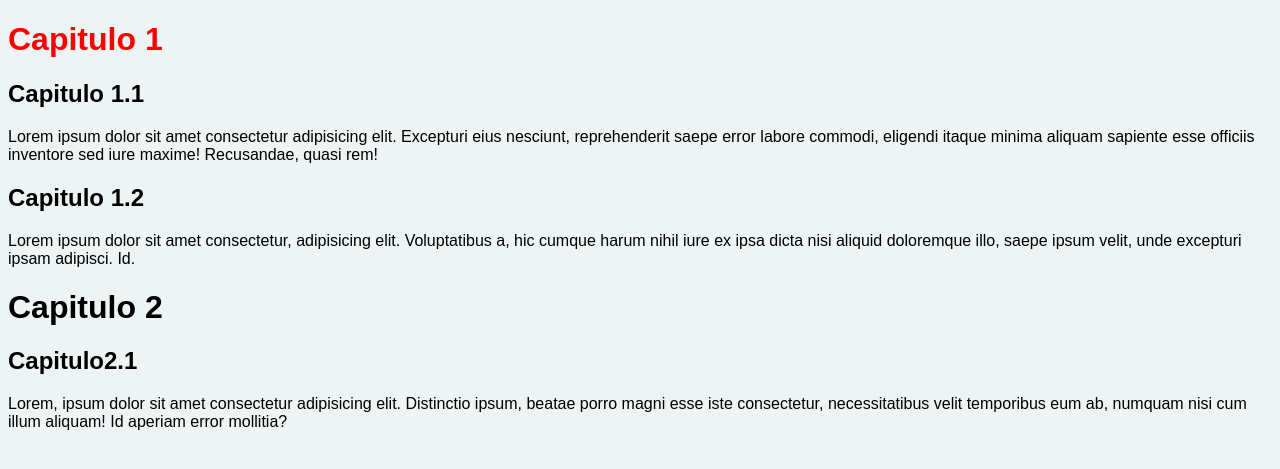
Repository: Guillermomarcon/exercicios
Page: ex013.1/index.html
An editor plug-in stored every save of this project. The page is shown before and after the next save, followed by the edit.
The browser window is 1280 px wide. The pictures show the whole page.

Above is the page before, as saved 2020-12-31 15:32:18.

### ex013.1/index.html
<!DOCTYPE html>
<html lang="pt-br">
<head>
    <meta charset="UTF-8">
    <meta name="viewport" content="width=device-width, initial-scale=1.0">
    <title>Estilos in-line</title>
    <link rel="shortcut icon" href="imagens/favicon-16x16.png" type="image/x-icon">
</head>
<body style="background-color: rgb(238, 243, 243); font-family: Arial, Helvetica, sans-serif;">
    <h1 style="color: red;">Capitulo 1</h1>
    <h2>Capitulo 1.1</h2>
    <p st>
        Lorem ipsum dolor sit amet consectetur adipisicing elit. Excepturi eius nesciunt, reprehenderit saepe error labore commodi, eligendi itaque minima aliquam sapiente esse officiis inventore sed iure maxime! Recusandae, quasi rem!
    </p>
    <h2>Capitulo 1.2</h2>
    <p>
        Lorem ipsum dolor sit amet consectetur, adipisicing elit. Voluptatibus a, hic cumque harum nihil iure ex ipsa dicta nisi aliquid doloremque illo, saepe ipsum velit, unde excepturi ipsam adipisci. Id.
    </p>
    <h1>Capitulo 2</h1>
    <h2>Capitulo2.1</h2>
    <p>
        Lorem, ipsum dolor sit amet consectetur adipisicing elit. Distinctio ipsum, beatae porro magni esse iste consectetur, necessitatibus velit temporibus eum ab, numquam nisi cum illum aliquam! Id aperiam error mollitia?
    </p>




</body>
</html>

After the next save:
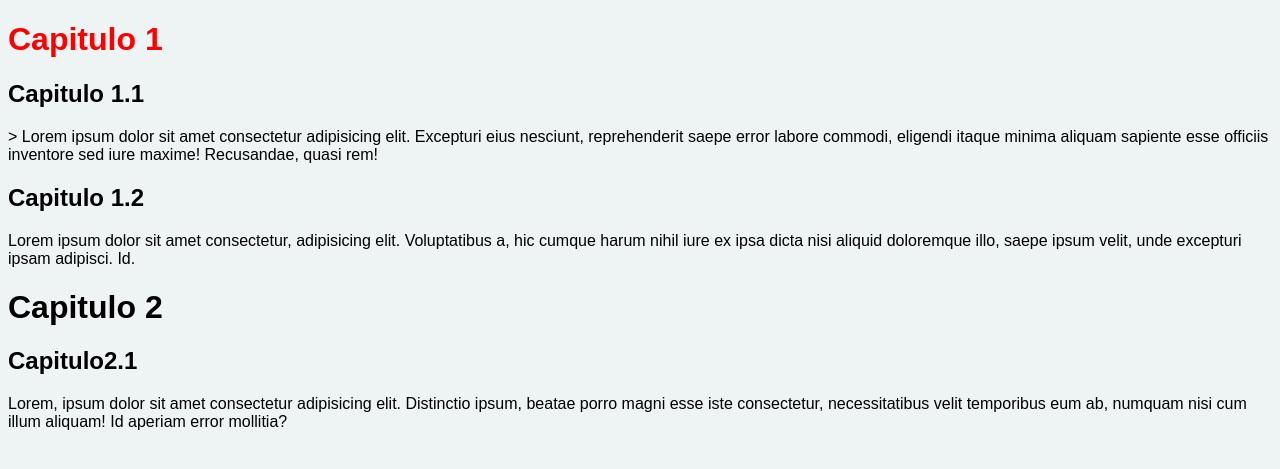
Saved 1 s later.
--- a/ex013.1/index.html
+++ b/ex013.1/index.html
@@ -9,7 +9,9 @@
 <body style="background-color: rgb(238, 243, 243); font-family: Arial, Helvetica, sans-serif;">
     <h1 style="color: red;">Capitulo 1</h1>
     <h2>Capitulo 1.1</h2>
-    <p st>
+    <p <style>
+
+    </style>>
         Lorem ipsum dolor sit amet consectetur adipisicing elit. Excepturi eius nesciunt, reprehenderit saepe error labore commodi, eligendi itaque minima aliquam sapiente esse officiis inventore sed iure maxime! Recusandae, quasi rem!
     </p>
     <h2>Capitulo 1.2</h2>

After the save that followed:
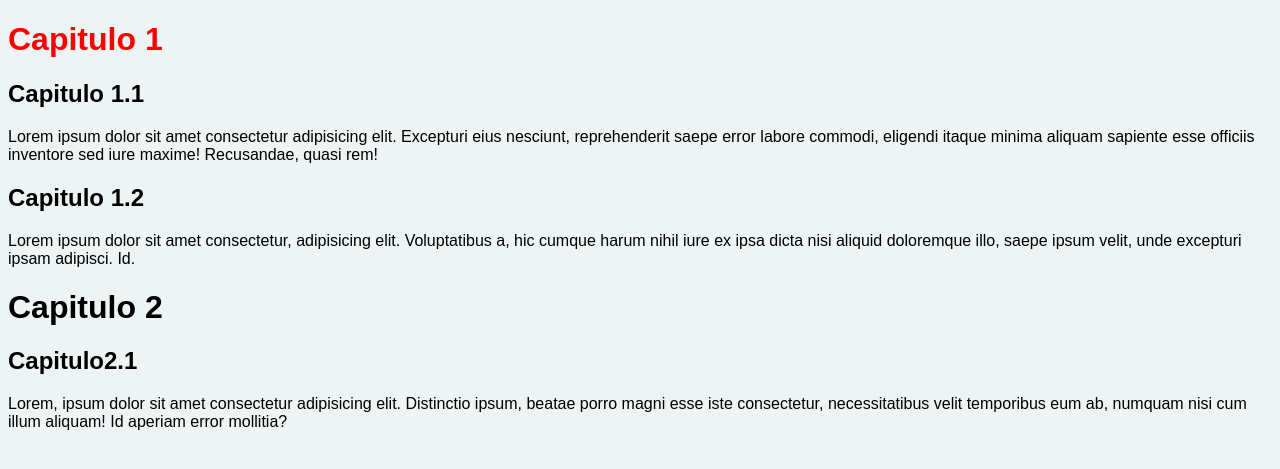
Saved 10 s later.
--- a/ex013.1/index.html
+++ b/ex013.1/index.html
@@ -9,9 +9,7 @@
 <body style="background-color: rgb(238, 243, 243); font-family: Arial, Helvetica, sans-serif;">
     <h1 style="color: red;">Capitulo 1</h1>
     <h2>Capitulo 1.1</h2>
-    <p <style>
-
-    </style>>
+    <p st>
         Lorem ipsum dolor sit amet consectetur adipisicing elit. Excepturi eius nesciunt, reprehenderit saepe error labore commodi, eligendi itaque minima aliquam sapiente esse officiis inventore sed iure maxime! Recusandae, quasi rem!
     </p>
     <h2>Capitulo 1.2</h2>
